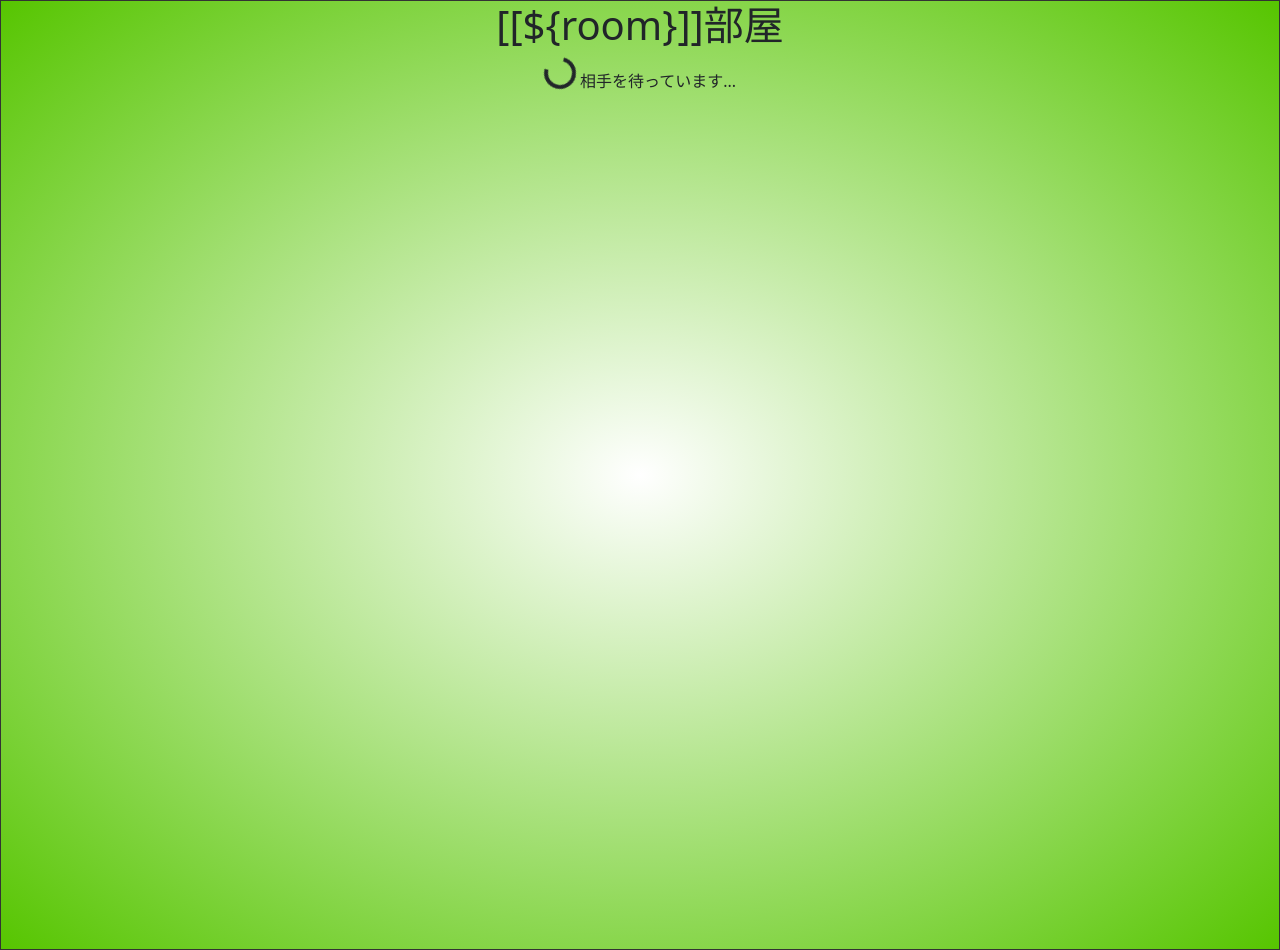
Repository: e1b21074/field_arena
Page: .log/field_arena/src/main/resources/templates/room.html
The author's editor kept a copy of each file at every save. The page is drawn from the files as they stood at one save, then again after the next save.
The browser window is 1280 px wide. The pictures show the whole page.
The page's requests for data from a server got no answer.

Above is the page before, as saved 2024-01-06 00:05:15.

After the next save:
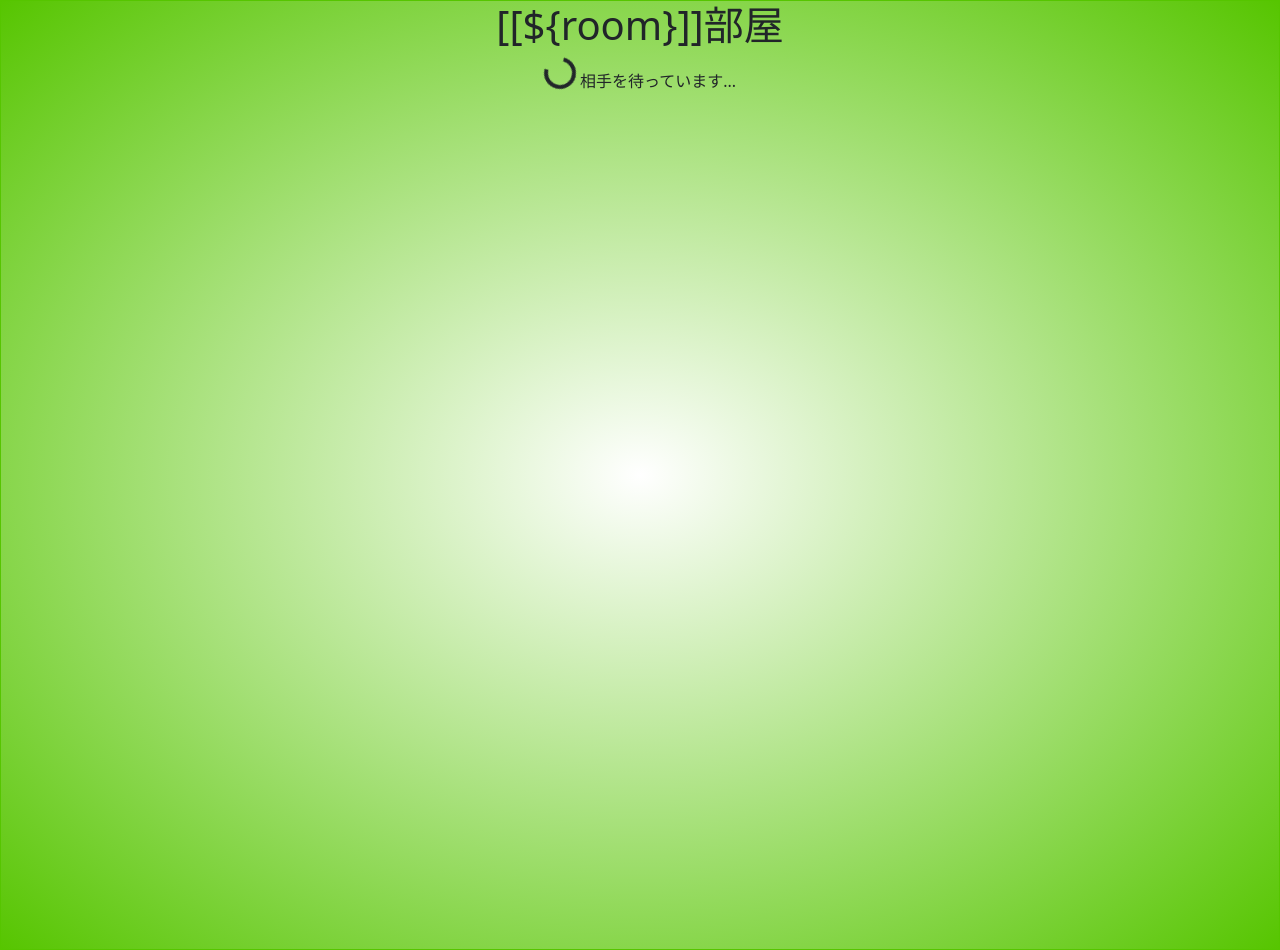
Saved 33 s later.
--- a/.log/field_arena/src/main/resources/templates/room.html
+++ b/.log/field_arena/src/main/resources/templates/room.html
@@ -24,7 +24,7 @@
   .gradient {
     background:radial-gradient(#fff, #56C500);
     height: 950px;
-    border: 1px solid #333;
+    border: 1px solid #56C500;
  }
   </style>
 </head>
